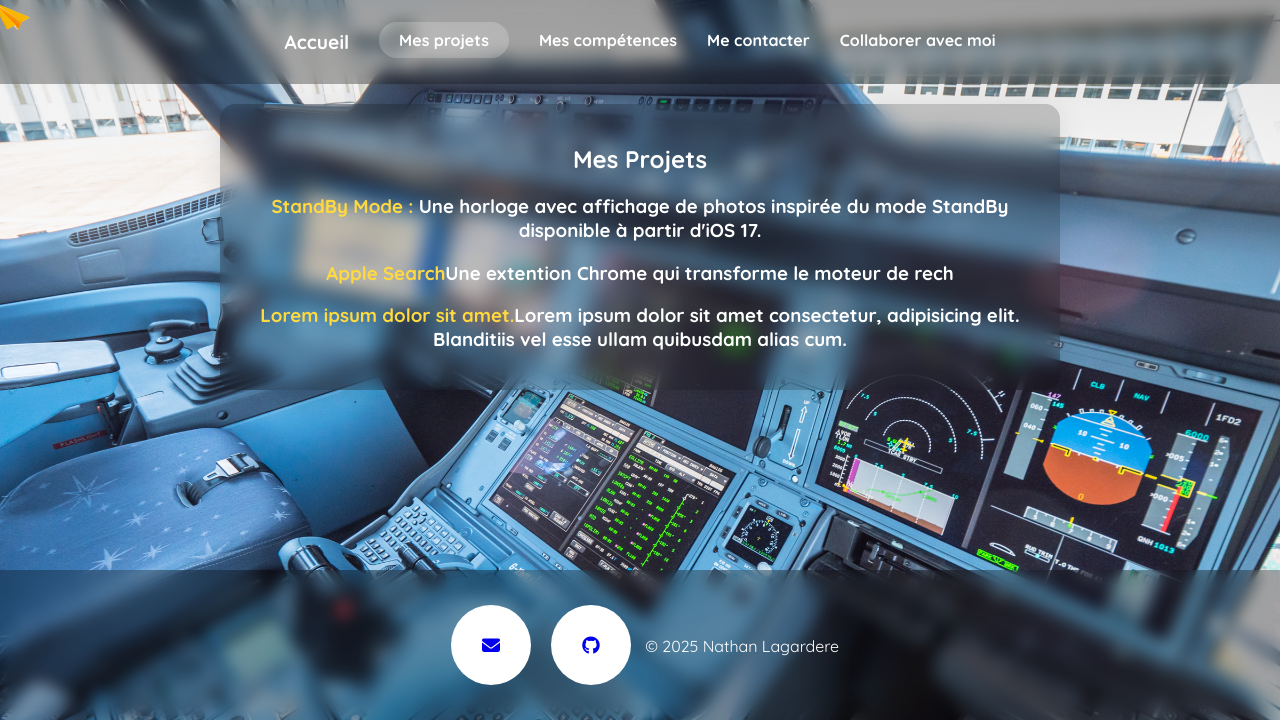
Repository: nlagardere/myportfolio
Page: projects.html
An editor plug-in stored every save of this project. The page is shown before and after the next save, followed by the edit.
The browser window is 1280 px wide. The pictures show the whole page.

Above is the page before, as saved 2025-09-07 12:03:05.

After the next save:
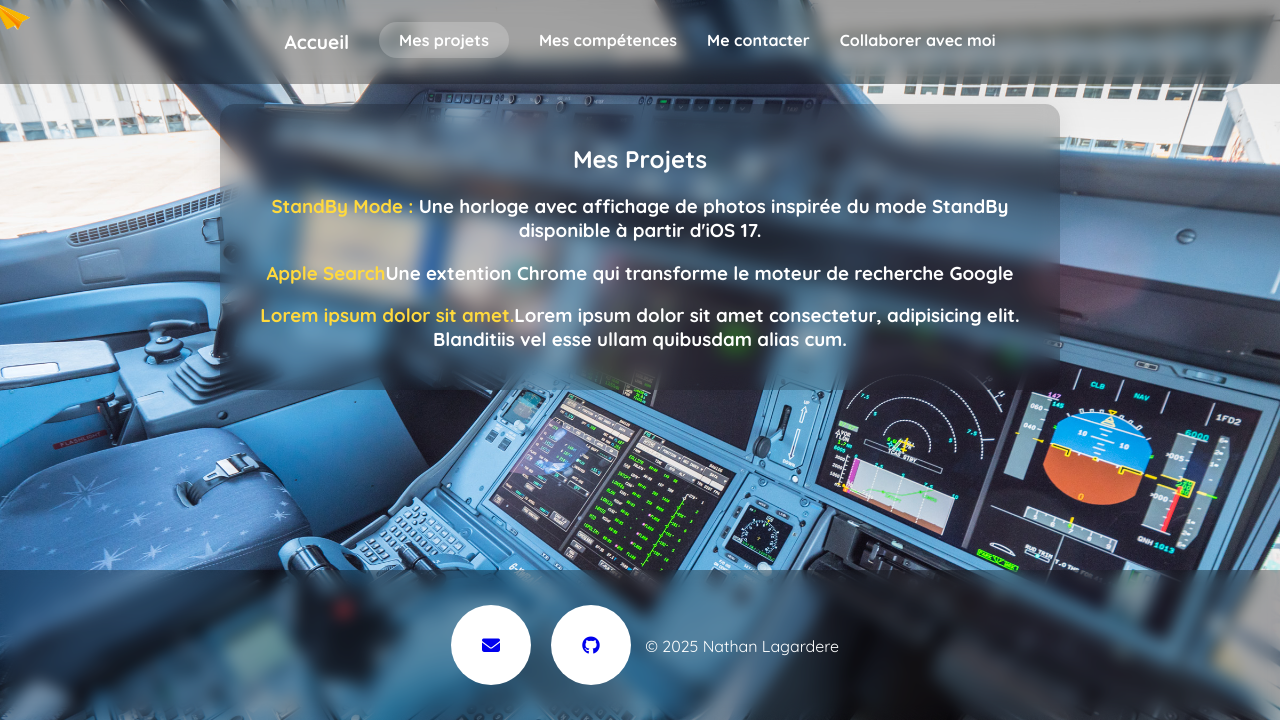
Saved 4 s later.
--- a/projects.html
+++ b/projects.html
@@ -236,7 +236,7 @@
     <div class="glasscard">
       <h2>Mes Projets</h2>
       <h3><span class="highlight">StandBy Mode : </span>Une horloge avec affichage de photos inspirée du mode StandBy disponible à partir d'iOS 17.</h3>
-      <h3><span class="highlight">Apple Search</span>Une extention Chrome qui transforme le moteur de rech</h3>
+      <h3><span class="highlight">Apple Search</span>Une extention Chrome qui transforme le moteur de recherche Google</h3>
       <h3><span class="highlight">Lorem ipsum dolor sit amet.</span>Lorem ipsum dolor sit amet consectetur, adipisicing elit. Blanditiis vel esse ullam quibusdam alias cum.</h3>
     </div>
   </div>
